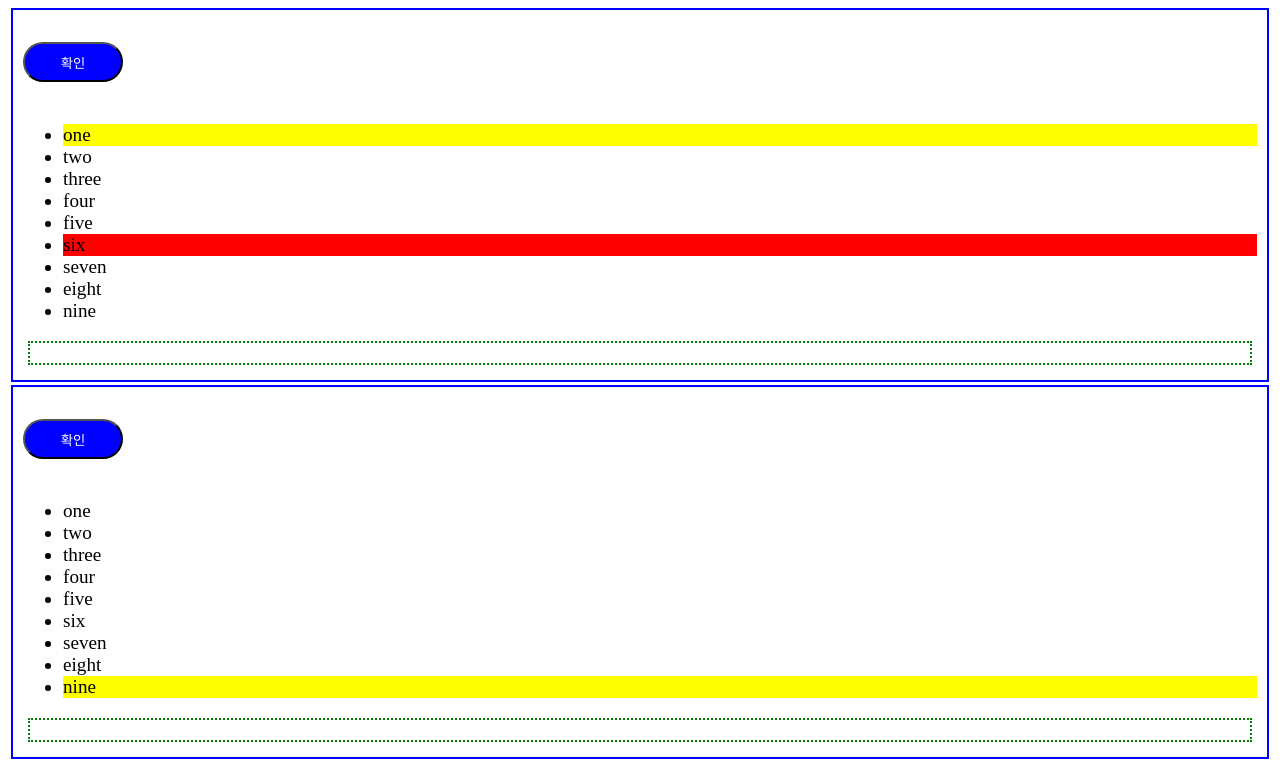
Repository: patternlobe-stack/MY_repository
Page: webpro/src/main/webapp/0915/기본필터.html
The author's editor kept a copy of each file at every save. The page is drawn from the files as they stood at one save, then again after the next save.
The browser window is 1280 px wide. The pictures show the whole page.
After loading, the first visible `#btn1` was clicked once.

Above is the page before, as saved 2025-09-15 07:13:24.

### webpro/src/main/webapp/0915/기본필터.html
<!DOCTYPE html>
<html>
<head>
<meta charset="UTF-8">
<title>Insert title here</title>
<link rel="stylesheet"  href="../css/public.css">
<script src="../js/jquery-3.7.1.js"></script>


<script>
$( () =>{
	$('#btn1').on('click',()=>{

		$(' .box1 li:first, li:last').css('background','yellow');
	//	$(' .box1 lli').first().css('background','yellow');
	//	$(' .box1 lli').last().css('background','yellow');
		$(' .box1 lli').filter(':first').css('background','yellow');

	  //$(' .box1 lli:eq(5)').css('background','red');
		$(' .box1 lli').eq(5).css('background','red');
		$(' .box1 li').filter(':eq(5)').css('background','red');

	//	$(' .box1 lli:lt(4)').css({'font-size':'2.0rem','font-weight':'bold'});
	//	$(' .box1 lli').lt(4).css({'font-size':'2.0rem','font-weight':'bold'}); 오류남
	$(' .box1 lli').filter(':lt(4)').css({'font-size':'2.0rem','font-weight':'bold'});

	})


	 $('#btn2').on('click', ()=>{

		 $(' .box2 li:even').css('background','lime');
		 $(' .box2 li:even').even().css('background','lime');
		 $(' .box2 li').filter(':even').css('background','lime');


	 })
})
</script>

</head>
<body>


<div class="box box1">
      <h3>
      </h3>
      <input type="button" value="확인" id="btn1"/>
      <br /><br />
      <body>
		  <ul>
		<li>one</li>
		<li>two</li>
		<li>three</li>
		<li>four</li>
		<li>five</li>
		<li>six</li>
		<li>seven</li>
		<li>eight</li>
		<li>nine</li>
		  </ul>
      <div id="result1"></div>
</div>

<div class="box box2">
      <h3>
      </h3>
      <input type="button" value="확인" id="btn2"/>
      <br /><br />
      <body>
		  <ul>
		<li>one</li>
		<li>two</li>
		<li>three</li>
		<li>four</li>
		<li>five</li>
		<li>six</li>
		<li>seven</li>
		<li>eight</li>
		<li>nine</li>
		  </ul>


      <div id="result1"></div>
</div>


</body>
</html>

### webpro/src/main/webapp/css/public.css
@charset "UTF-8";

pre {
  border: 5px inset red;
  margin: 20px;
  padding: 10px;
  font-size: 1.3rem;
}
div {
  border: 2px dotted green;
  padding: 10px;
  margin: 5px;
  font-size: 1.2rem;
}

.box {
  border: 2px solid blue;
  margin: 3px;
  padding: 10px;
}
.box input[type="button"],
.box input[type="submit"] {
  background: blue;
  color: white;
  width: 100px;
  height: 40px;
  border-radius: 50px;
}

Loaded but not shown: webpro/src/main/webapp/js/jquery-3.7.1.js (library)

After the next save:
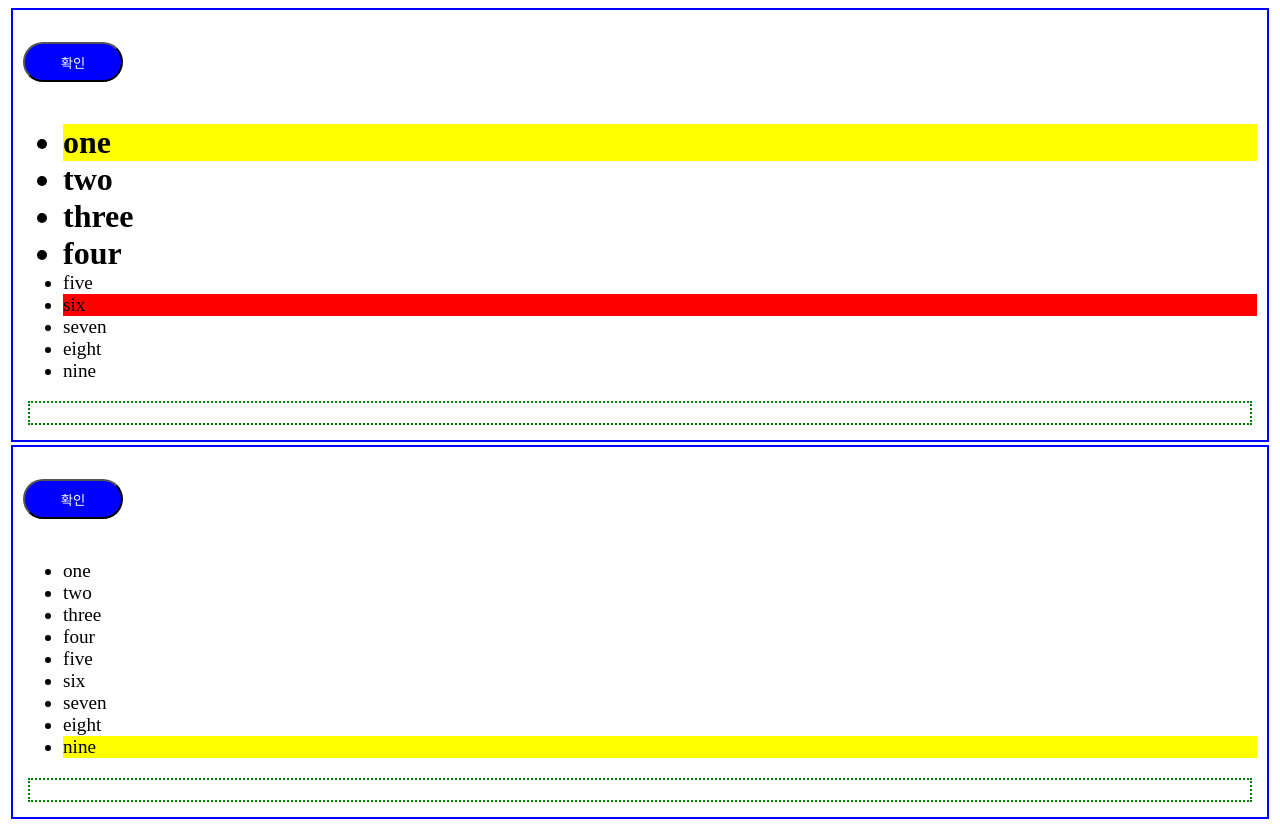
Saved 20 s later.
--- a/webpro/src/main/webapp/0915/기본필터.html
+++ b/webpro/src/main/webapp/0915/기본필터.html
@@ -12,17 +12,17 @@ $( () =>{
 	$('#btn1').on('click',()=>{
 
 		$(' .box1 li:first, li:last').css('background','yellow');
-	//	$(' .box1 lli').first().css('background','yellow');
-	//	$(' .box1 lli').last().css('background','yellow');
-		$(' .box1 lli').filter(':first').css('background','yellow');
+	//	$(' .box1 li').first().css('background','yellow');
+	//	$(' .box1 li').last().css('background','yellow');
+		$(' .box1 li').filter(':first').css('background','yellow');
 
 	  //$(' .box1 lli:eq(5)').css('background','red');
-		$(' .box1 lli').eq(5).css('background','red');
+		$(' .box1 li').eq(5).css('background','red');
 		$(' .box1 li').filter(':eq(5)').css('background','red');
 
-	//	$(' .box1 lli:lt(4)').css({'font-size':'2.0rem','font-weight':'bold'});
-	//	$(' .box1 lli').lt(4).css({'font-size':'2.0rem','font-weight':'bold'}); 오류남
-	$(' .box1 lli').filter(':lt(4)').css({'font-size':'2.0rem','font-weight':'bold'});
+	//	$(' .box1 li:lt(4)').css({'font-size':'2.0rem','font-weight':'bold'});
+	//	$(' .box1 li').lt(4).css({'font-size':'2.0rem','font-weight':'bold'}); 오류남
+	$(' .box1 li').filter(':lt(4)').css({'font-size':'2.0rem','font-weight':'bold'});
 
 	})
 
